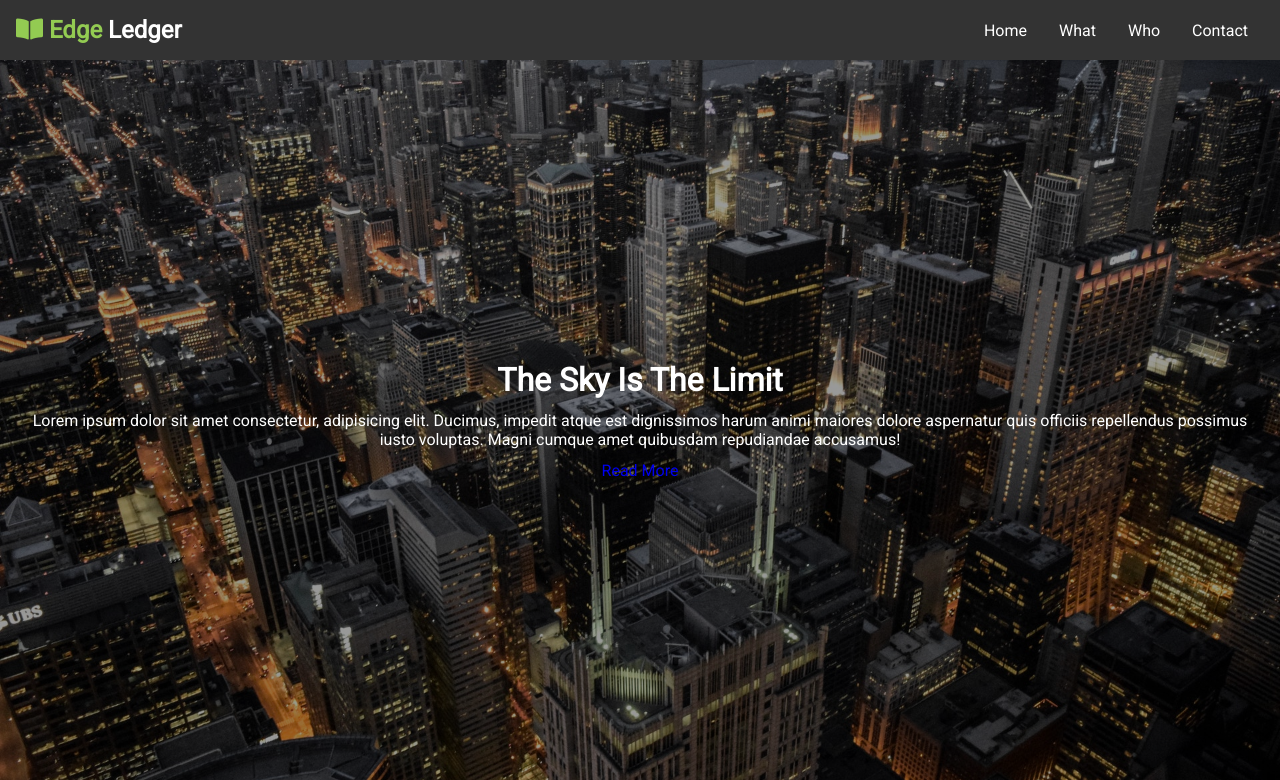
Repository: minhtien9/EdgeLedger-Financial-Web
Page: index.html
These files come from the project's save history. The page is drawn as it stood at one moment and after the next save; the edit follows.
The browser window is 1280 px wide. The pictures show the whole page.

Above is the page before, as saved 2021-08-16 21:59:12.

After the next save:
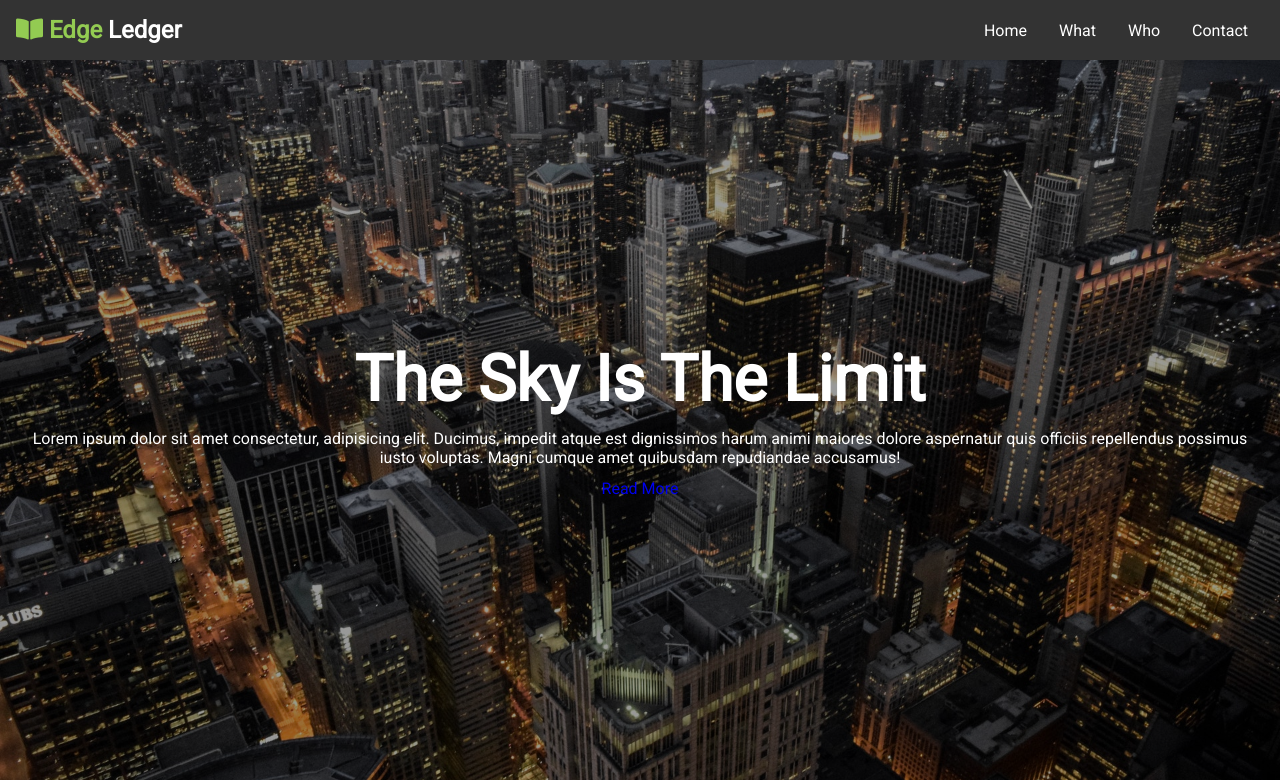
Saved 67 s later.
--- a/css/style.css
+++ b/css/style.css
@@ -22,6 +22,10 @@
 
 .text-primary {
     color: #93cb52;
+}
+
+.l-heading {
+    font-size: 4rem;
 }
 
 
